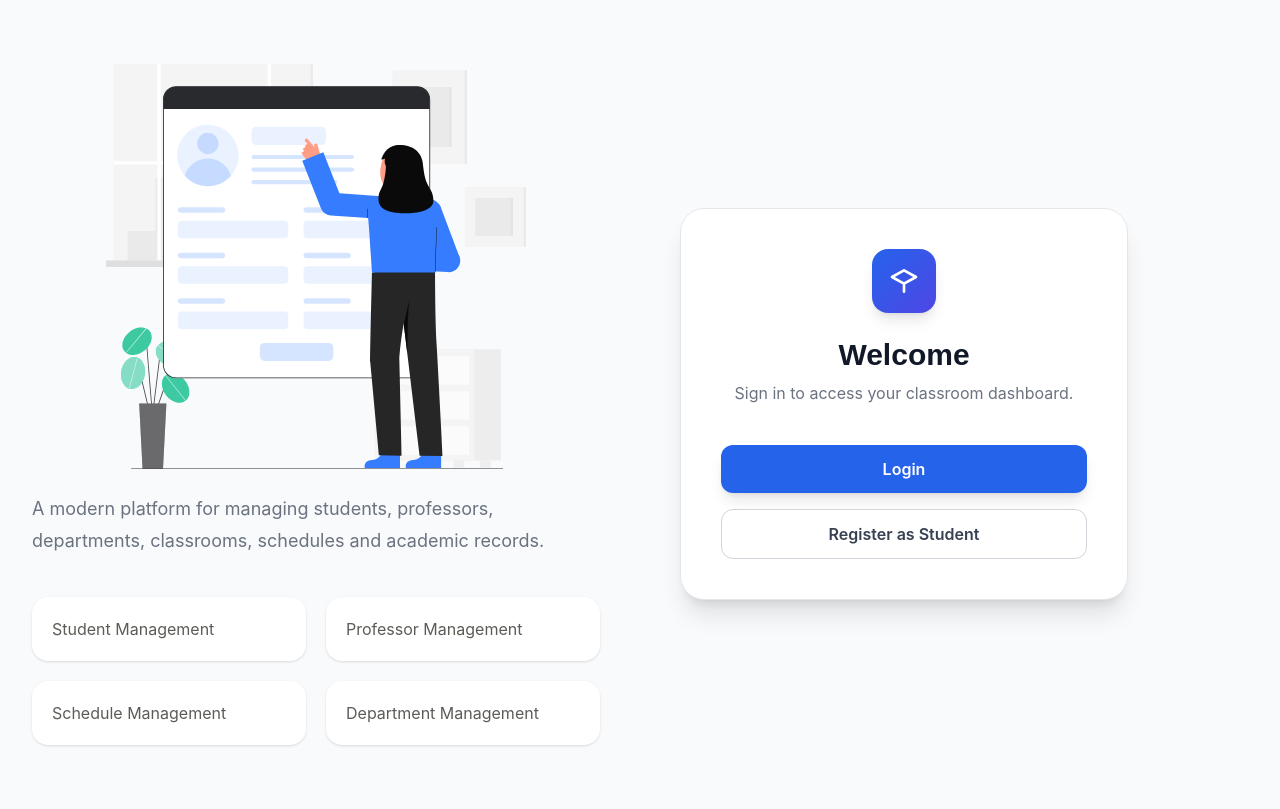
Repository: Chocovcandy/Classroom_Management_System
Page: http://localhost/Login_page
An editor plug-in stored every save of this project. The page is shown before and after a run of saves, followed by the edit.
The browser window is 1280 px wide. The pictures show the whole page.
Some web libraries are served in a nearby version. The page is served by the project's Laravel application, run on PHP 8.4 with Laravel 12.

Above is the page before, as saved 2026-08-13 09:50:07.

After the next 3 saves:
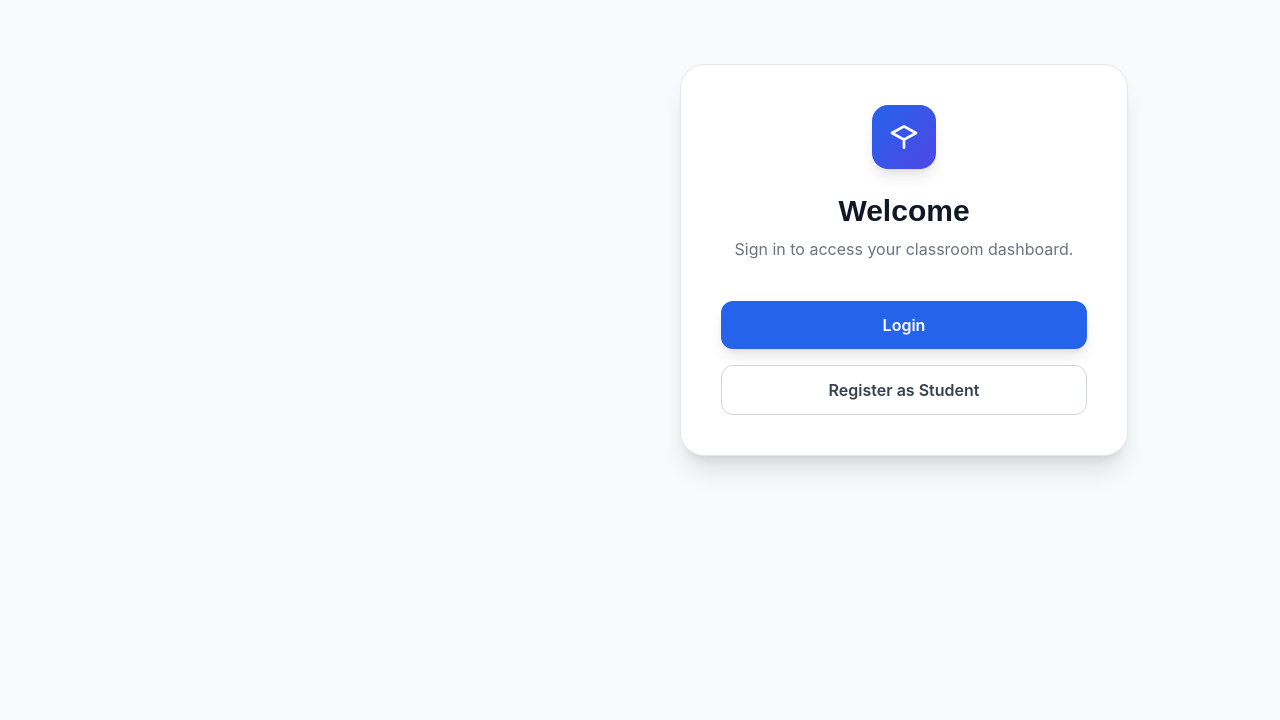
The 3 saves are shown as one change because they came seconds apart.
The last was saved 12 h 59 min later.
--- a/resources/views/Login_page.blade.php
+++ b/resources/views/Login_page.blade.php
@@ -24,37 +24,8 @@
                 <div class="max-w-7xl mx-auto px-8 py-16 grid lg:grid-cols-2 gap-20 items-center">
                     <div>
 
-                        <div class="img_svg8">
-                            <x-icons.form />
-                        </div>
 
-                        <p class="mt-6 text-lg text-gray-500 leading-8">
 
-                            A modern platform for managing students,
-                            professors, departments, classrooms,
-                            schedules and academic records.
-
-                        </p>
-
-                        <div class="grid grid-cols-2 gap-5 mt-10">
-
-                            <div class="bg-white rounded-2xl p-5 shadow">
-                                Student Management
-                            </div>
-
-                            <div class="bg-white rounded-2xl p-5 shadow">
-                                Professor Management
-                            </div>
-
-                            <div class="bg-white rounded-2xl p-5 shadow">
-                                Schedule Management
-                            </div>
-
-                            <div class="bg-white rounded-2xl p-5 shadow">
-                                Department Management
-                            </div>
-
-                        </div>
 
                     </div>
 
